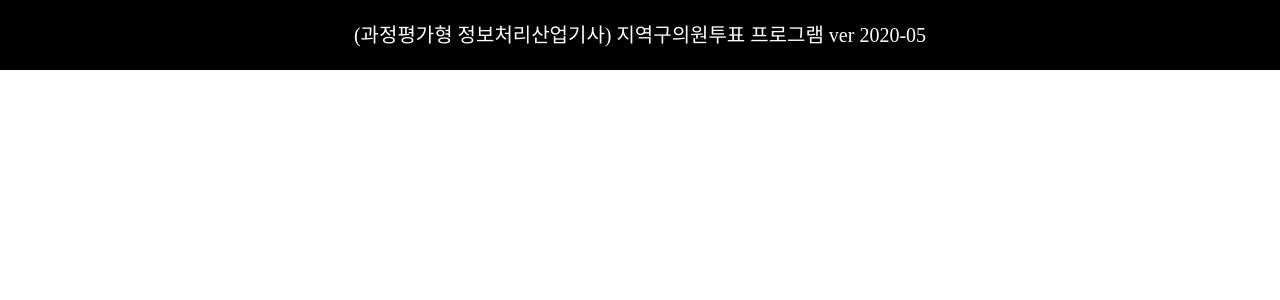
Repository: alsco727/JSP
Page: http://localhost/HRD_2207/header.jsp
The author's editor kept a copy of each file at every save. The page is drawn from the files as they stood at one save, then again after the next save.
The browser window is 1280 px wide. The pictures show the whole page.
The page is served by Tomcat 9. Other server files are loaded and not shown.

Above is the page before, as saved 2022-08-29 08:19:35.

### information_Processing/JSP과제4/HRD_2207/src/main/webapp/header.jsp
<%@ page language="java" contentType="text/html; charset=UTF-8"
    pageEncoding="UTF-8"%>
<!DOCTYPE html>
<html>
<head>
<meta charset="UTF-8">
<title>header</title>
</head>
<body>
<header style="position:fixed; top:0px; left:0px; width:100%; height:70px; line-height:70px; text-align:center; background-color:black; color:white; font-size:20px;">(과정평가형 정보처리산업기사) 지역구의원투표 프로그램 ver 2020-05</header>

<nav style="">
<a href="">후보조회</a> &nbsp; &nbsp; &nbsp;
<a href="">투표하기</a> &nbsp; &nbsp; &nbsp;
<a href="">투표점수조회</a> &nbsp; &nbsp; &nbsp;
<a href="">후보자등수</a> &nbsp; &nbsp; &nbsp;
<a href="">홈으로</a>
</nav>
</body>
</html>

After the next save:
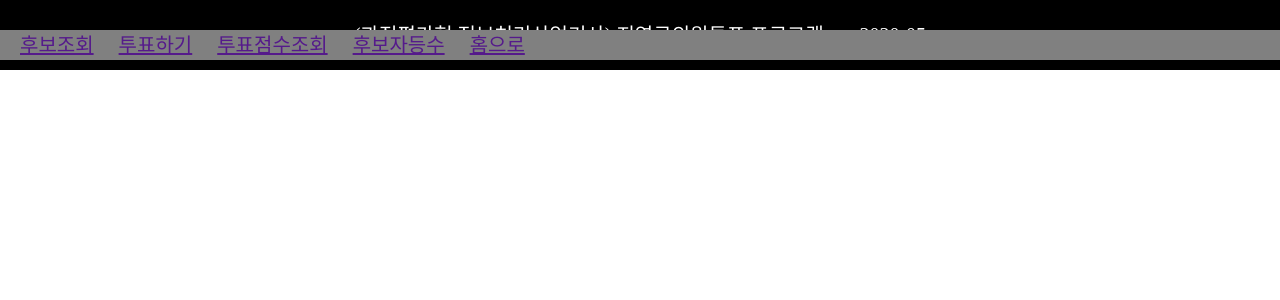
Saved 77 s later.
--- a/information_Processing/JSP과제4/HRD_2207/src/main/webapp/header.jsp
+++ b/information_Processing/JSP과제4/HRD_2207/src/main/webapp/header.jsp
@@ -7,14 +7,14 @@
 <title>header</title>
 </head>
 <body>
-<header style="position:fixed; top:0px; left:0px; width:100%; height:70px; line-height:70px; text-align:center; background-color:black; color:white; font-size:20px;">(과정평가형 정보처리산업기사) 지역구의원투표 프로그램 ver 2020-05</header>
+<header style="position:fixed; top:0px; left:0px; width:100%; height:70px; line-height:70px; text-align:center; background-color:black; color:white; font-size:20px">(과정평가형 정보처리산업기사) 지역구의원투표 프로그램 ver 2020-05</header>
 
-<nav style="">
-<a href="">후보조회</a> &nbsp; &nbsp; &nbsp;
-<a href="">투표하기</a> &nbsp; &nbsp; &nbsp;
-<a href="">투표점수조회</a> &nbsp; &nbsp; &nbsp;
-<a href="">후보자등수</a> &nbsp; &nbsp; &nbsp;
-<a href="">홈으로</a>
+<nav style="position:fixed; top:30px; left:0px; width:100%; height:30px; line-height:30px; background-color:gray; color:white; font-size:20px; padding-left:20px">
+<a href="">후보조회</a> &nbsp; &nbsp;
+<a href="">투표하기</a> &nbsp; &nbsp;
+<a href="">투표점수조회</a> &nbsp; &nbsp;
+<a href="">후보자등수</a> &nbsp; &nbsp;
+<a href="">홈으로</a> &nbsp; &nbsp;
 </nav>
 </body>
 </html>
